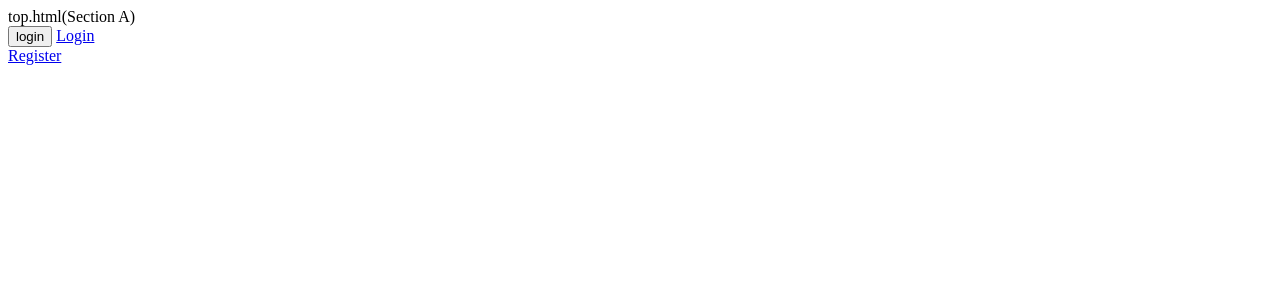
Repository: sheep9590/Test
Page: eclipse-workspace/Prj03/WebRoot/top.html
The author's editor kept a copy of each file at every save. The page is drawn from the files as they stood at one save, then again after the next save.
The browser window is 1280 px wide. The pictures show the whole page.

Above is the page before, as saved 2021-09-09 13:56:11.

### eclipse-workspace/Prj03/WebRoot/top.html
<!DOCTYPE html>
<html>
<body>
<span >top.html</span>(Section A)<br>
  <script type="text/javascript">
   </script>
   <input type="submit" onclick="right.html.location()" value="login">
   <a href="Login.html" target="right">Login</a><br>
   <a href="Register.html" target="right">Register</a>
</body>
</html>

After the next save:
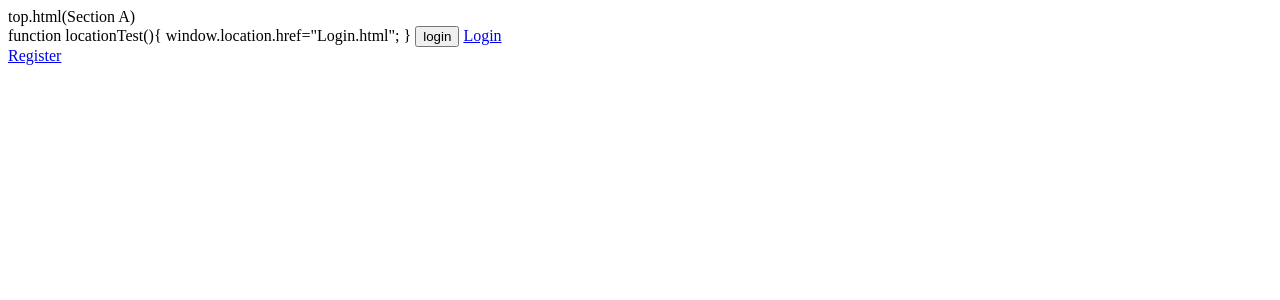
Saved 72 s later.
--- a/eclipse-workspace/Prj03/WebRoot/top.html
+++ b/eclipse-workspace/Prj03/WebRoot/top.html
@@ -4,7 +4,10 @@
 <span >top.html</span>(Section A)<br>
   <script type="text/javascript">
    </script>
-   <input type="submit" onclick="right.html.location()" value="login">
+     function locationTest(){
+	   window.location.href="Login.html";
+   }
+   <input type="submit" onclick="locationTest()" value="login">
    <a href="Login.html" target="right">Login</a><br>
    <a href="Register.html" target="right">Register</a>
 </body>

After the save that followed:
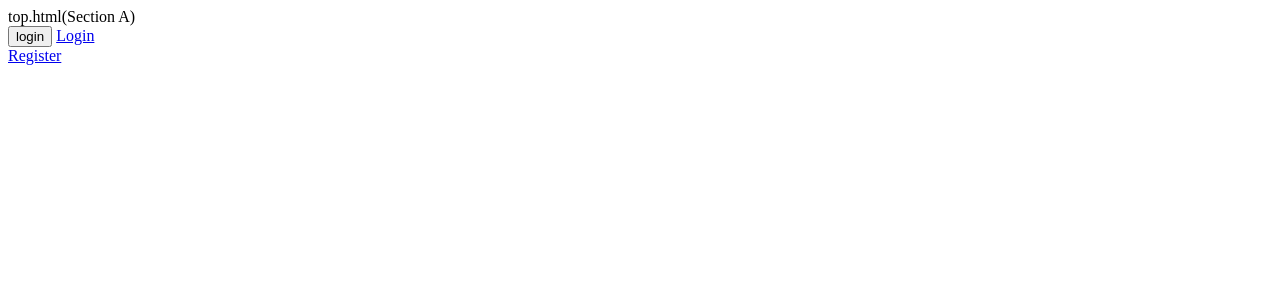
Saved 3 min 28 s later.
--- a/eclipse-workspace/Prj03/WebRoot/top.html
+++ b/eclipse-workspace/Prj03/WebRoot/top.html
@@ -3,10 +3,9 @@
 <body>
 <span >top.html</span>(Section A)<br>
   <script type="text/javascript">
-   </script>
      function locationTest(){
 	   window.location.href="Login.html";
-   }
+   }</script>
    <input type="submit" onclick="locationTest()" value="login">
    <a href="Login.html" target="right">Login</a><br>
    <a href="Register.html" target="right">Register</a>
